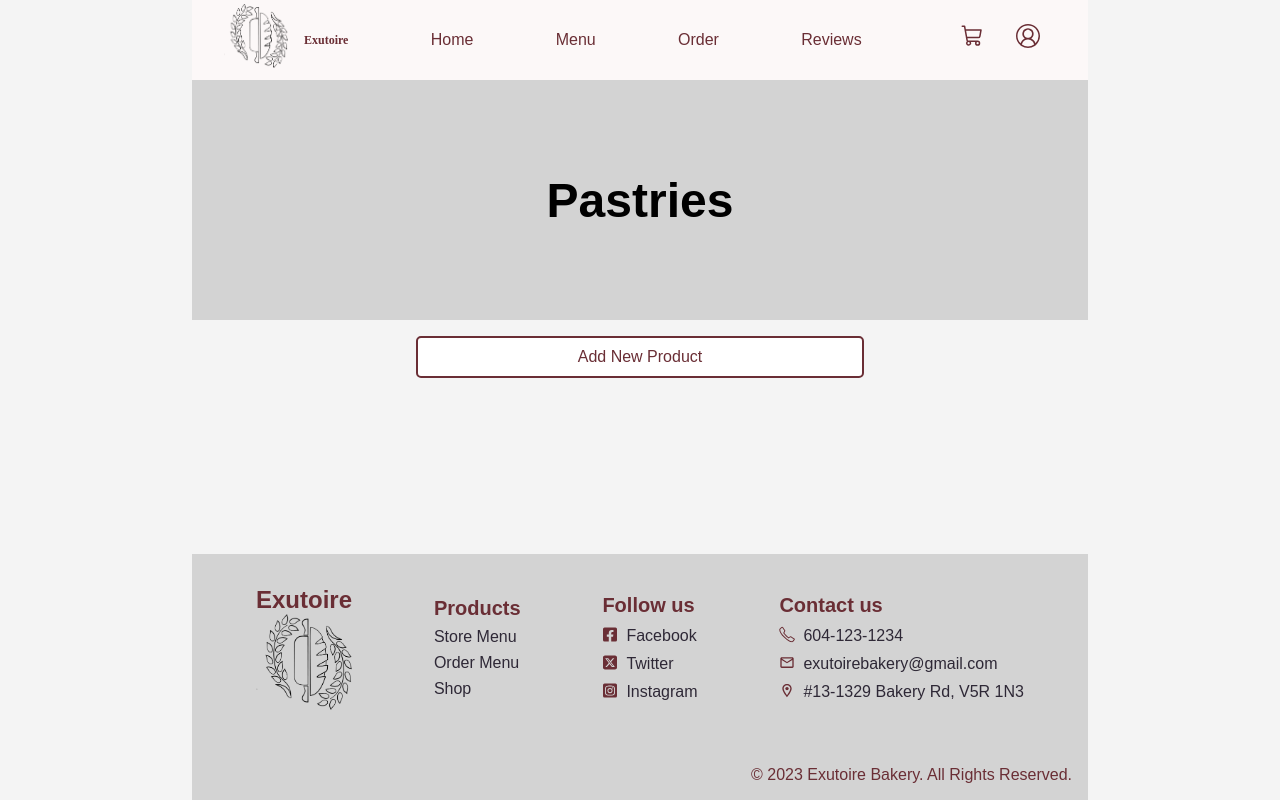
Repository: MelissaJacobi/COMP3170-final-proj
Page: /menu/pastries
These files come from the project's save history. The page is drawn as it stood at one moment and after the next save; the edit follows.
The browser window is 1280 px wide. The pictures show the whole page.
The project was rebuilt for these pictures with package versions that can differ from the ones it lists, and the page was loaded fresh each time. Also part of the build but not shown: vite.config.js, src/pages/ShoppingCart.module.css, src/components/ShoppingCartCard.module.css, src/components/ShoppingCartCard.jsx, src/components/OrderTotal.jsx, src/pages/ShoppingCart.jsx, src/pages/Profile.module.css, src/pages/Profile.jsx and 37 more.

Above is the page before, as saved 2024-11-11 11:03:12.

After the next save:
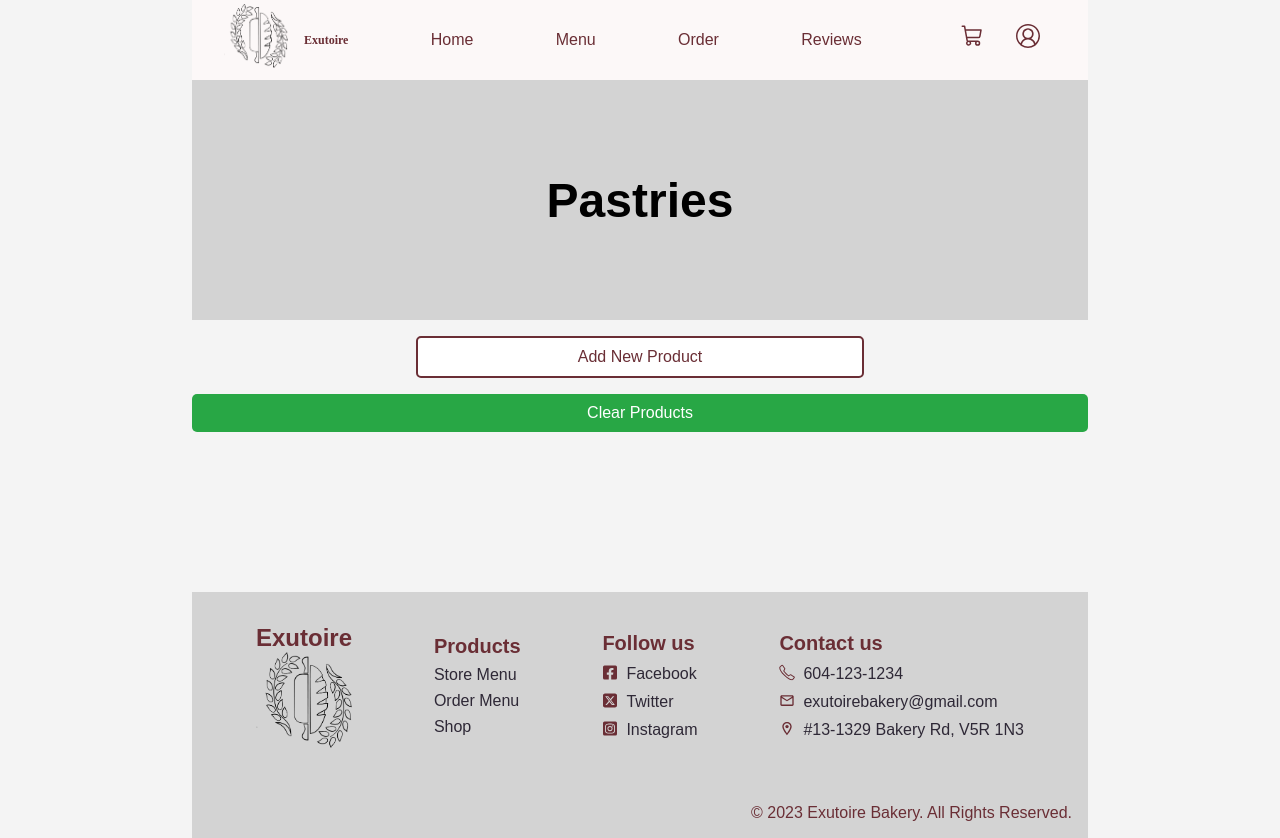
Saved 3 min 48 s later.
--- a/src/pages/Pastries.jsx
+++ b/src/pages/Pastries.jsx
@@ -10,7 +10,6 @@
   const [productImageUrl, setProductImageUrl] = useState("");
   const [showForm, setShowForm] = useState(false);
 
-  // Load products from localStorage when component mounts
   useEffect(() => {
     const storedProducts = localStorage.getItem("pastriesProducts");
     if (storedProducts) {
@@ -31,10 +30,8 @@
       const updatedProducts = [...products, newProduct];
       setProducts(updatedProducts);
 
-      // Save to localStorage
       localStorage.setItem("pastriesProducts", JSON.stringify(updatedProducts));
 
-      // Clear form fields
       setProductName("");
       setProductPrice("");
       setProductDescription("");
@@ -44,6 +41,11 @@
 
   const toggleFormVisibility = () => {
     setShowForm((prevShowForm) => !prevShowForm);
+  };
+
+  const clearProducts = () => {
+    localStorage.removeItem("pastriesProducts");
+    setProducts([]); // Clear the products in the component state
   };
 
   return (
@@ -89,6 +91,10 @@
         </form>
       )}
 
+    <button onClick={clearProducts} className={styles.clearButton}>
+      Clear Products
+    </button>
+
       <div className={styles.products}>
         {products.map((product, index) => (
           <Product

After the save that followed:
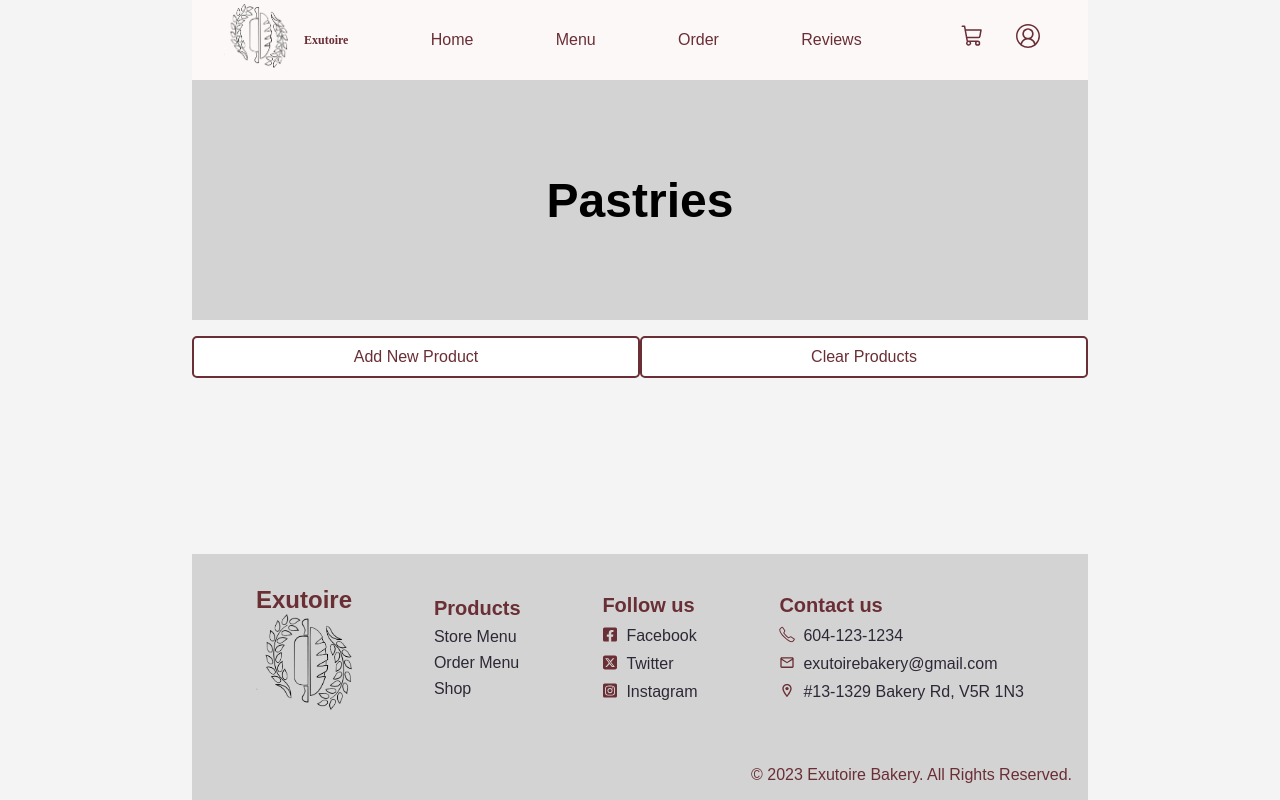
Saved 30 s later.
--- a/src/pages/Pastries.jsx
+++ b/src/pages/Pastries.jsx
@@ -91,7 +91,7 @@
         </form>
       )}
 
-    <button onClick={clearProducts} className={styles.clearButton}>
+    <button onClick={clearProducts} className={styles.toggleFormButton}>
       Clear Products
     </button>
 
